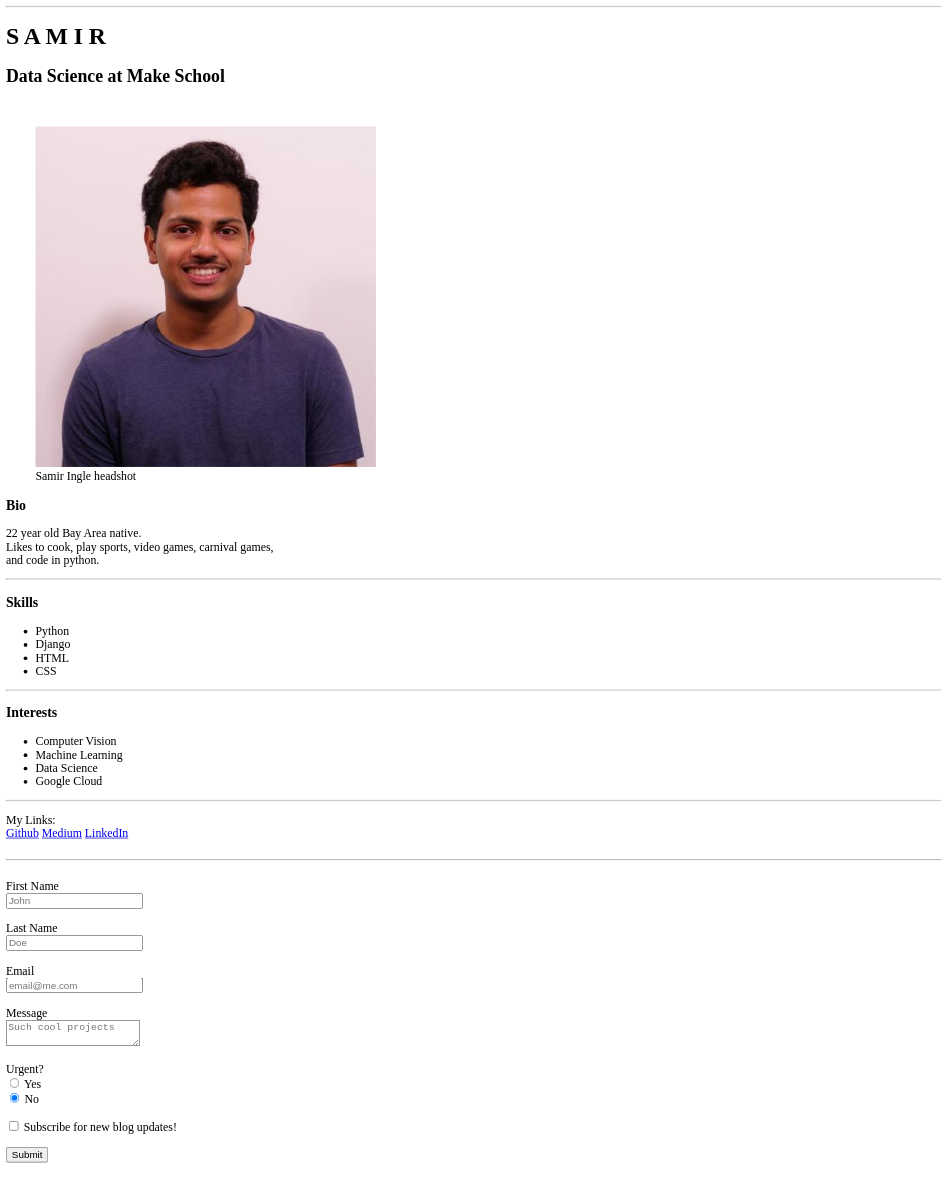
Repository: SamirIngley/html-semantic
Page: index.html
An editor plug-in stored every save of this project. The page is shown before and after the next save, followed by the edit.
The browser window is 1280 px wide. The pictures show the whole page, at 74% of full size.

Above is the page before, as saved 2020-01-28 15:51:05.

### index.html
<!DOCTYPE html>
<html lang="en">

    <head>
        <meta charset="UTF-8">
        <title>Samir.</title>
    </head>
    <body>
        <header>
            <nav>

            </nav>
        </header>

        <main>

        </main>

        <hr>
        <h1>S A M I R</h1>
        <h2><b>Data Science</b> at Make School</h2>
        <br>
        <figure>
            <img src="images/prof_pic.jpeg" alt="samir-profile-pic">
            <figcaption>Samir Ingle headshot</figcaption>
        </figure>

        <article>
            <h3>Bio</h3>
            <p>
            22 year old Bay Area native.
            <br>
            Likes to cook, play sports, video games, carnival games,
            <br>
            and code in python.
            </p>
        </article>
        <hr>
        <section>
            <h3>Skills</h3>
            <ul>
                <li>Python</li>
                <li>Django</li>
                <li>HTML</li>
                <li>CSS</li>
            </ul>
        </section>
        <hr>
        <section>
            <h3>Interests</h3>
            <ul>
                <li>Computer Vision</li>
                <li>Machine Learning</li>
                <li>Data Science</li>
                <li>Google Cloud</li>
            </ul>
        </section>
        <hr>
        <p>

        </p>
        <footer>
            My Links:
            <br>
            <a href="https://github.com/SamirIngley">Github</a>
            <a href="https://medium.com/@SamirIngle">Medium</a>
            <a href="https://www.linkedin.com/in/samiringle/">LinkedIn</a>
        </footer>

        <br>
        <hr>
        <br>

        <form action="process.php" method="POST">
            <div>
                <label>First Name</label><br>
                <input type="text" name="firstName" placeholder="John">
            </div>
            <br>
            <div>
                <label>Last Name</label><br>
                <input type="text" name="lastName" placeholder="Doe">
            </div>
            <br>
            <div>
                <label>Email</label><br>
                <input type="email" name="email" placeholder="email@me.com">
            </div>
            <br>
            <div>
                <label>Message</label><br>
                <textarea name="message" placeholder="Such cool projects"></textarea>
            </div>
            <br>
            <div>

                    Urgent?<br>
                <label>
                    <input type="radio" name="urgent" value="true">
                    Yes
                 </label><br>

                    <label>
                         <input type="radio" name="urgent" value="false" checked>
                          No<br>
                    </label>

            </div>
            <br>
            <div>
                <label>
                    <input type="checkbox" name="Subscribe for updates" value="subscribe"> Subscribe for new blog updates!<br>
                </label>
            </div>
            <br>
            <div>
                <input type="submit" name="submit" value="Submit">
            </div>


        </form>
        <br>

    </body>
</html>

After the next save:
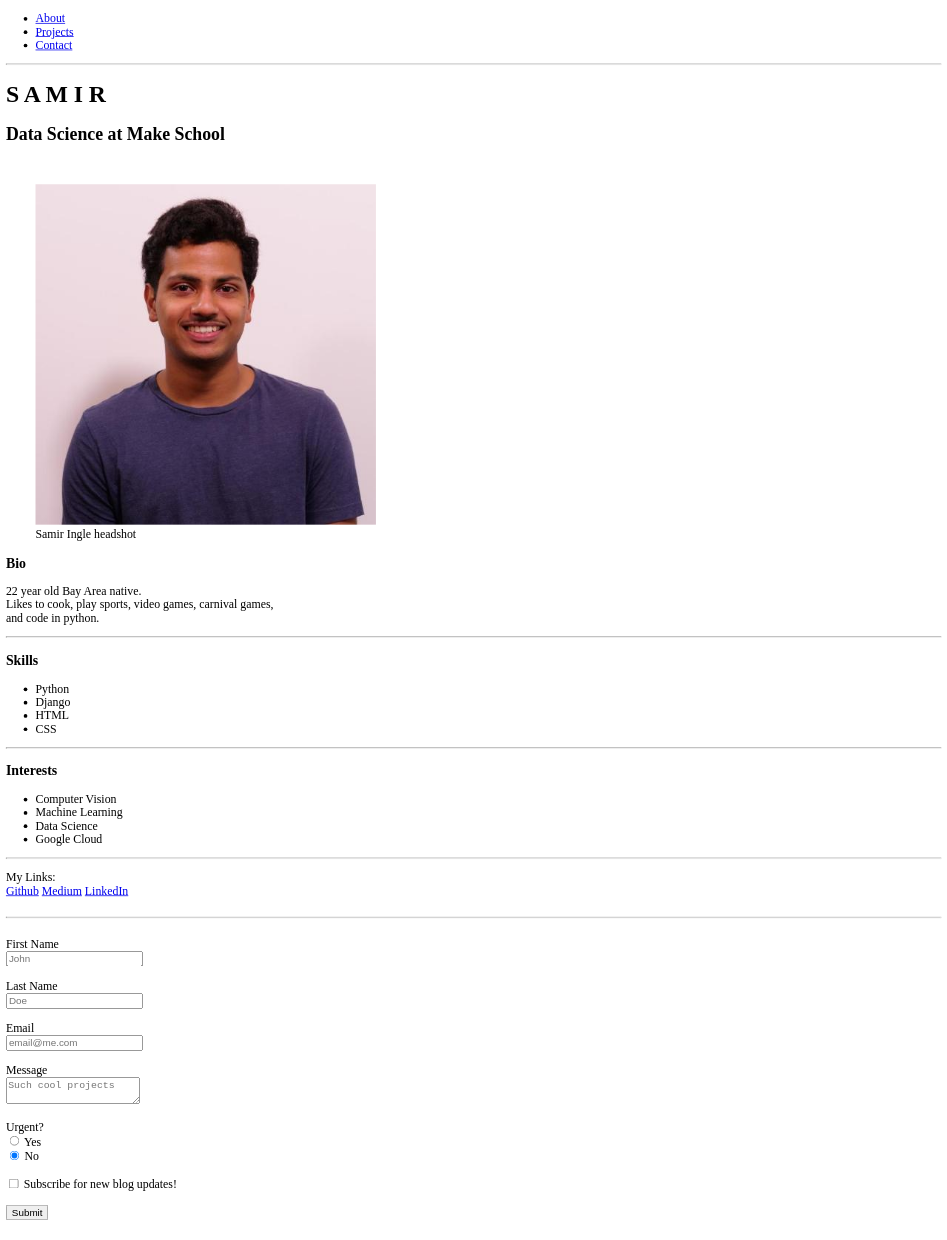
Saved 3 min 4 s later.
--- a/index.html
+++ b/index.html
@@ -8,7 +8,11 @@
     <body>
         <header>
             <nav>
-
+                <ul>
+                    <li><a href="#">About</a></li>
+                    <li><a href="#">Projects</a></li>
+                    <li><a href="#">Contact</a></li>
+                  </ul>
             </nav>
         </header>
 
